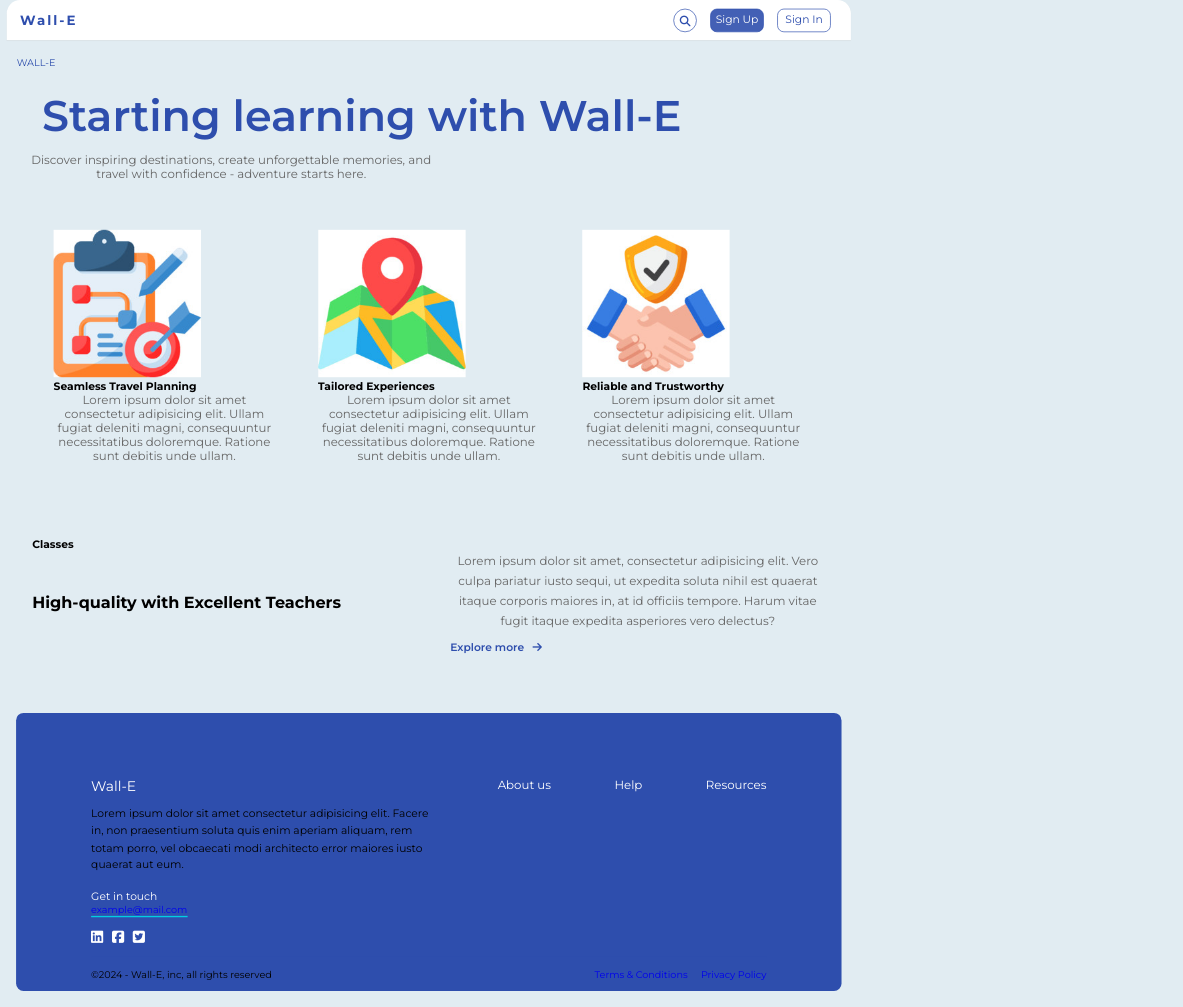
Repository: thanhnoone/SWP391
Page: http://localhost/guest
The author's editor kept a copy of each file at every save. The page is drawn from the files as they stood at one save, then again after the next save.
The browser window is 1280 px wide. The page is 1280 px wide, then 1766 px, so the pictures cover 1766 px, including what lies to the right of the window. The pictures show the whole page, at 67% of full size.
Some web libraries are served in a nearby version. The page is this project's Thymeleaf template; nobody is signed in. The template is opened directly, without the code that normally fills it, so the values that code supplies are empty.

Above is the page before, as saved 2024-05-23 06:12:36.

After the next save:
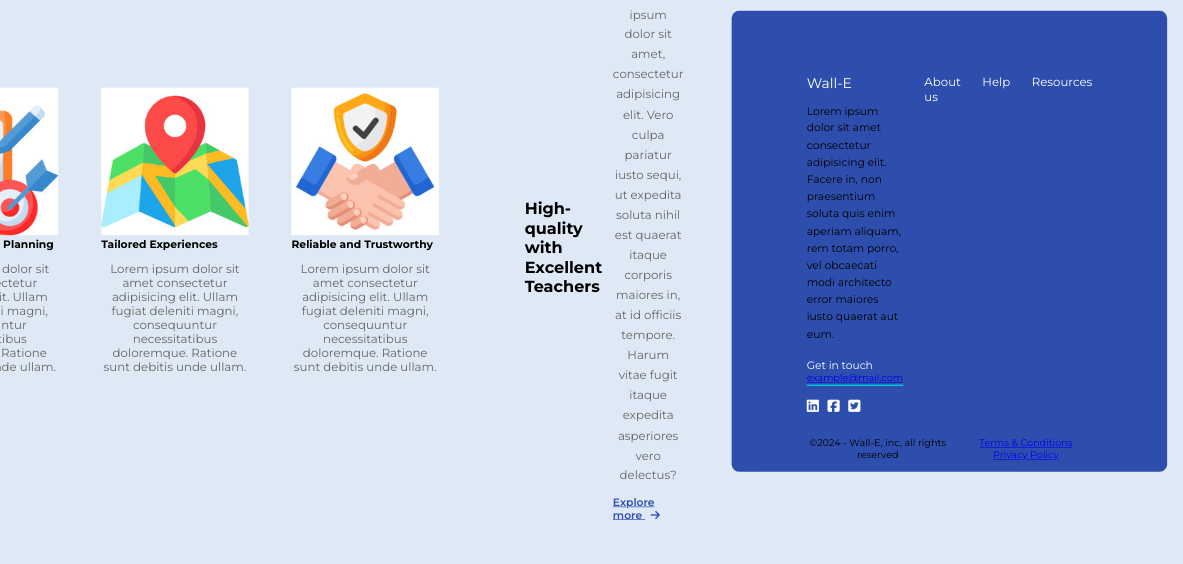
Saved 2 min 17 s later.
--- a/Thanh20032003/src/main/resources/static/css/styles.css
+++ b/Thanh20032003/src/main/resources/static/css/styles.css
@@ -1,23 +1,117 @@
 @import url('https://fonts.googleapis.com/css?family=Montserrat:400,600,700&display=swap');
 
+/* General styles */
 * {
   margin: 0;
   padding: 0;
-  list-style: none;
+  box-sizing: border-box;
+  font-family: "Montserrat", sans-serif;
+}
+
+body {
+  background: #dfe9f5;
+}
+
+/* Wrapper styles for login and registration pages */
+.wrapper {
+  width: 330px;
+  padding: 2rem 0 1rem 0;
+  margin: 50px auto;
+  background: #fff;
+  border-radius: 10px;
+  text-align: center;
+  box-shadow: 0 20px 35px rgba(0, 0, 0, 0.1);
+}
+
+h1 {
+  font-size: 2rem;
+  color: #07001f;
+}
+
+p {
+  margin-top: 1rem;
+  margin-bottom: 1.7rem;
+}
+
+form input {
+  width: 85%;
+  outline: none;
+  border: none;
+  background: #e1ecf2;
+  padding: 12px 14px;
+  margin-bottom: 10px;
+  border-radius: 10px;
+}
+
+.recover {
+  text-align: right;
+  font-size: 0.8rem;
+  margin: 0.2rem 1.7rem 0 0;
+}
+
+.recover a {
   text-decoration: none;
-  box-sizing: border-box;
-  font-family: 'Montserrat', sans-serif;
-}
-
+  color: #07001f;
+}
+
+.recover a:hover {
+  text-decoration: none;
+  color: #2e4ead;
+}
+
+.button {
+  font-size: 1.1rem;
+  margin-top: 1rem;
+  padding: 8px 0;
+  border-radius: 5px;
+  outline: none;
+  border: none;
+  width: 85%;
+  background: rgb(46, 78, 173);
+  color: #fff;
+  cursor: pointer;
+}
+
+.button:hover {
+  background: rgba(46, 78, 173, 0.767);
+}
+
+.or {
+  font-size: 0.8rem;
+  margin-top: 1.5rem;
+}
+
+.icons svg:hover {
+  cursor: pointer;
+}
+
+.not-member {
+  font-size: 0.8rem;
+  margin-top: 1.4rem;
+}
+
+.not-member a {
+  color: #2e4ead;
+  text-decoration: none;
+}
+
+a:hover {
+  text-decoration: underline;
+}
+
+/* Additional styles for guest page */
 body {
-  background: #e1ecf2;
-}
-
-.wrapper {
+  display: flex;
+  justify-content: center;
+  align-items: center;
+  height: 100vh;
+}
+
+.wrapper-guest {
   margin: 10px;
 }
 
-.wrapper .top_navbar {
+.wrapper-guest .top_navbar {
   width: calc(100% - 20px);
   height: 60px;
   display: flex;
@@ -27,7 +121,7 @@ body {
   left: 10px;
 }
 
-.wrapper .top_navbar .top_menu {
+.wrapper-guest .top_navbar .top_menu {
   width: 100%;
   border-top-left-radius: 20px;
   height: 100%;
@@ -40,18 +134,18 @@ body {
   box-shadow: 0 1px 1px rgba(0, 0, 0, 0.1);
 }
 
-.wrapper .top_navbar .top_menu .logo {
+.wrapper-guest .top_navbar .top_menu .logo {
   color: #2e4ead;
   font-size: 20px;
   font-weight: 700;
   letter-spacing: 3px;
 }
 
-.wrapper .top_navbar .top_menu ul {
-  display: flex;
-}
-
-.wrapper .top_navbar .top_menu ul li .search {
+.wrapper-guest .top_navbar .top_menu ul {
+  display: flex;
+}
+
+.wrapper-guest .top_navbar .top_menu ul li .search {
   display: block;
   margin: 0 10px;
   width: 35px;
@@ -63,7 +157,7 @@ body {
   color: #2e4ead;
 }
 
-.wrapper .top_navbar .top_menu ul li .btn {
+.wrapper-guest .top_navbar .top_menu ul li .btn {
   display: block;
   margin: 0 10px;
   width: 80px;
@@ -75,33 +169,33 @@ body {
   color: #2e4ead;
 }
 
-.wrapper .top_navbar .top_menu ul li a:hover {
+.wrapper-guest .top_navbar .top_menu ul li a:hover {
   background: #4360b5;
   color: #fff;
 }
 
-.wrapper .top_navbar .top_menu ul li a:hover i {
-  color: #fff;
-}
-
-.wrapper .top_navbar .top_menu ul li .btn-sign-up {
+.wrapper-guest .top_navbar .top_menu ul li a:hover i {
+  color: #fff;
+}
+
+.wrapper-guest .top_navbar .top_menu ul li .btn-sign-up {
   background: #4360b5;
   color: #fff;
 }
 
-.wrapper .top_navbar .top_menu ul li .btn-sign-up:hover {
+.wrapper-guest .top_navbar .top_menu ul li .btn-sign-up:hover {
   background: #fff;
   color: #4360b5;
 }
 
-.wrapper .main_container {
+.wrapper-guest .main_container {
   width: calc(100% - 200px);
   margin-top: 70px;
   padding: 15px;
   transition: all 0.3s ease;
 }
 
-.wrapper .main_container .item {
+.wrapper-guest .main_container .item {
   background: #fff;
   margin-bottom: 10px;
   padding: 15px;
@@ -109,7 +203,7 @@ body {
   line-height: 22px;
 }
 
-.wrapper.collapse .main_container {
+.wrapper-guest.collapse .main_container {
   width: calc(100% - 70px);
   margin-left: 70px;
 }
